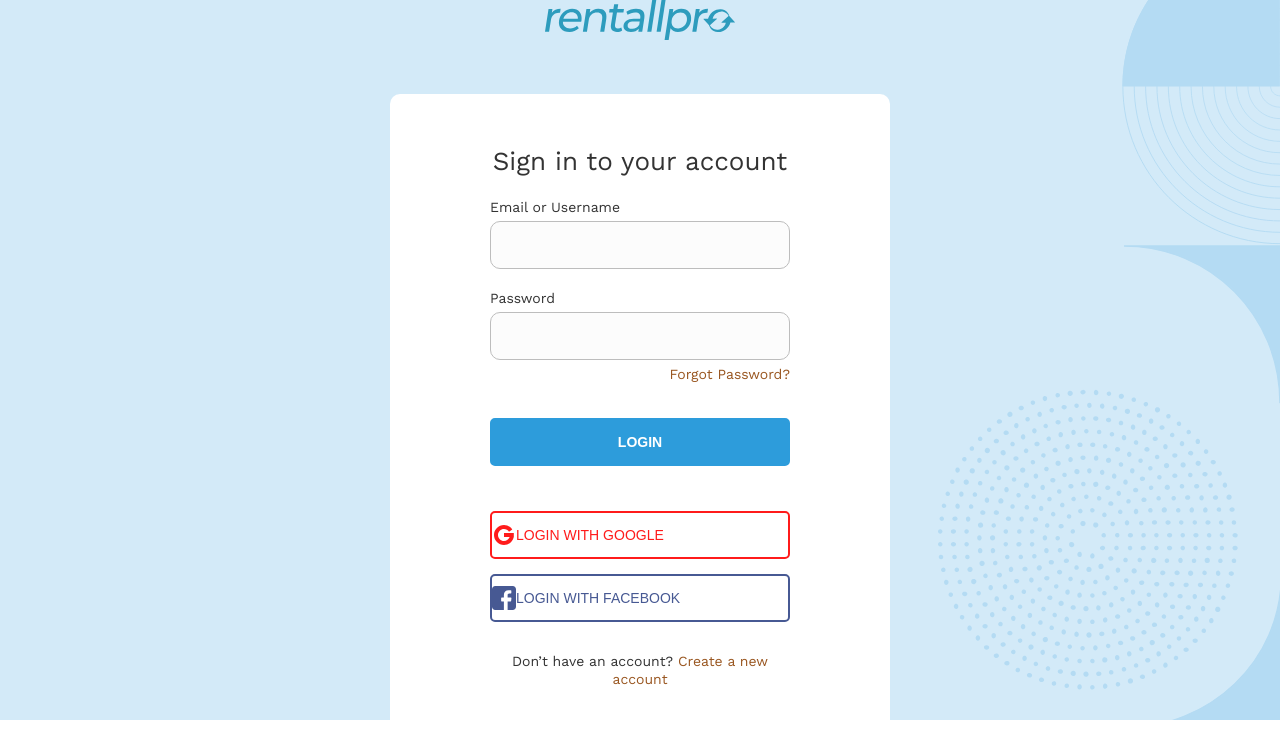
Repository: RentallPro/rentallpro-frontend
Page: /
These files come from the project's save history. The page is drawn as it stood at one moment and after the next save; the edit follows.
The browser window is 1280 px wide. The pictures show the whole page.
The project was rebuilt for these pictures with package versions that can differ from the ones it lists, and the page was loaded fresh each time.

Above is the page before, as saved 2020-12-09 14:20:43.

### public/index.html
<!DOCTYPE html>
<html lang="en">
  <head>
    <meta charset="utf-8">
    <meta http-equiv="X-UA-Compatible" content="IE=edge">
    <meta name="viewport" content="width=device-width,initial-scale=1.0">
    <link rel="icon" href="<%= BASE_URL %>favicon.ico">
    <link href="https://fonts.googleapis.com/css?family=Work+Sans&display=swap" rel="stylesheet">
    <title><%= htmlWebpackPlugin.options.title %></title>
  </head>
  <body>
    <noscript>
      <strong>We're sorry but <%= htmlWebpackPlugin.options.title %> doesn't work properly without JavaScript enabled. Please enable it to continue.</strong>
    </noscript>
    <div id="app"></div>
    <!-- built files will be auto injected -->
  </body>
</html>

### src/App.vue
<template>
  <div id="app">
    <router-view/>
  </div>
</template>

<style lang="scss">
* {
  margin: 0;
  padding: 0;
  box-sizing: border-box;
}
#app {
  font-family: 'Work Sans', sans-serif;
}
</style>

### src/router/index.js
import Vue from 'vue'
import VueRouter from 'vue-router'
import Home from '../views/Home/Home.vue'

Vue.use(VueRouter)

const routes = [
  {
    path: '/',
    name: 'Home',
    component: Home
  },
  {
    path: '/about',
    name: 'About',
    // route level code-splitting
    // this generates a separate chunk (about.[hash].js) for this route
    // which is lazy-loaded when the route is visited.
    component: () => import(/* webpackChunkName: "about" */ '../views/About.vue')
  }
]

const router = new VueRouter({
  mode: 'history',
  base: process.env.BASE_URL,
  routes
})

export default router

### src/views/Home/Home.vue
<template>
  <div class="home">
    <div class="form-container">
      <div class="logo"><img src="@/assets/logo.svg" alt="logo"></div>
      <div class="form-wrapper">
        <h3 class="form-title">Sign in to your account</h3>
        <div class="input">
          <label for="Email">Email or Username</label>
          <input type="text">
        </div>
        <div class="input">
          <label for="password">Password</label>
          <input type="password">
          <p>Forgot Password?</p>
        </div>
        <button class="login-button button">
          LOGIN
        </button>
        <div class="social-buttons">
          <button class="google-button button">
            <svg width="24" height="24" viewBox="0 0 24 24" fill="none" xmlns="http://www.w3.org/2000/svg">
              <path d="M6 12C6 15.3137 8.68629 18 12 18C14.6124 18 16.8349 16.3304 17.6586 14H12V10H21.8047V14H21.8C20.8734 18.5645 16.8379 22 12 22C6.47715 22 2 17.5228 2 12C2 6.47715 6.47715 2 12 2C15.445 2 18.4831 3.742 20.2815 6.39318L17.0039 8.68815C15.9296 7.06812 14.0895 6 12 6C8.68629 6 6 8.68629 6 12Z" fill="#FF1B1B"/>
            </svg>
            <span>LOGIN WITH GOOGLE</span>
          </button>
          <button class="facebook-button button">
            <svg width="24" height="24" viewBox="0 0 24 24" fill="none" xmlns="http://www.w3.org/2000/svg">
              <path d="M20.7657 0H3.23405C1.44797 0 0 1.44791 0 3.23405V20.7658C0 22.552 1.44791 23.9999 3.23405 23.9999H11.8806L11.8953 15.4236H9.66721C9.37765 15.4236 9.14264 15.1895 9.14152 14.8999L9.13084 12.1354C9.12972 11.8443 9.36544 11.6077 9.65659 11.6077H11.8806V8.93651C11.8806 5.83661 13.7739 4.14869 16.5392 4.14869H18.8083C19.0986 4.14869 19.3341 4.38406 19.3341 4.67444V7.00547C19.3341 7.29573 19.0988 7.53104 18.8086 7.53122L17.4161 7.53187C15.9122 7.53187 15.621 8.24648 15.621 9.29522V11.6078H18.9255C19.2404 11.6078 19.4847 11.8827 19.4476 12.1954L19.1199 14.9599C19.0885 15.2244 18.8642 15.4237 18.5978 15.4237H15.6357L15.621 24H20.7658C22.5519 24 23.9998 22.5521 23.9998 20.766V3.23405C23.9998 1.44791 22.5519 0 20.7657 0Z" fill="#475993"/>
            </svg>
            <span>LOGIN WITH FACEBOOK</span>
          </button>
        </div>
        <p class="option">Don’t have an account? <span>Create a new account</span></p>
      </div>
    </div>
  </div>
</template>

<script>
// @ is an alias to /src

export default {
  name: 'Home',
  components: {
  }
}
</script>

<style lang="scss" src="./Home.scss" scoped></style>

### src/views/Home/Home.scss
.home {
    background: #D3EAF8;
    background-image: url(../../assets/Patern.svg);
    background-repeat: no-repeat;
    background-position-y: top;
    background-position-x: right;
    width: 100%;
    height: 100vh;
    .form-container {
        max-width: 500px;
        display: block;
        margin: auto;
        .button {
            height: 48px;
            width: 100%;
            border-radius: 5px;
            font-size: 14px;
            line-height: 18px;
        }
        .logo {
            text-align: center;
        }
        .form-wrapper {
            width: 100%;
            padding: 50px 100px;
            background: #FFFFFF;
            border-radius: 10px;
            margin-top: 50px;
            .form-title {
                font-style: normal;
                font-weight: 500;
                font-size: 26px;
                line-height: 34px;
                color: #333333;
                text-align: center;
            }
            .input {
                display: flex;
                flex-direction: column;
                margin-top: 20px;
                label {
                    font-style: normal;
                    font-weight: normal;
                    font-size: 14px;
                    line-height: 18px;
                    color: #333333;
                }
                input {
                    height: 48px;
                    background: #FCFCFC;
                    border: 1px solid #BDBDBD;
                    border-radius: 10px;
                    margin-top: 5px;
                }
                p {
                    font-weight: normal;
                    font-size: 14px;
                    line-height: 18px;
                    color: #995620;
                    text-align: right;
                    margin-top: 5px;
                }
            }
            .login-button {
                background: #2D9CDB;
                border: 2px solid #2D9CDB;
                font-style: normal;
                font-weight: bold;
                color: #FFFFFF;
                margin-top: 35px;
            }
            .social-buttons {
                margin-top: 45px;
                .google-button {
                    display: flex;
                    align-items: center;
                    color: #FF1B1B;
                    border: 2px solid #FF1B1B;
                    font-weight: 500;
                    background-color: #FFFFFF;
                }
                .facebook-button {
                    display: flex;
                    align-items: center;
                    color: #475993;
                    border: 2px solid #475993;
                    background-color: #FFFFFF;
                    font-weight: 500;
                    margin-top: 15px;
                }
            }
            .option {
                font-style: normal;
                font-weight: normal;
                font-size: 14px;
                line-height: 18px;
                color: #333333;
                text-align: center;
                margin-top: 30px;
                span {
                    color: #995620;
                }
            }
        }
    }
}
@media screen and (max-width: 768px) {
    .home {
        background-image: none;
        height: auto;
        background-color: #FFFFFF;
        .form-container {
            // max-width: 100%;
            padding-top: 75px;
            .logo {
                img {
                    height: 24px;
                }
            }
            .form-wrapper {
                padding: 20px;
            }
        }
    }
}

Loaded but not shown: src/main.js (common file); src/store/index.js (common file)

After the next save:
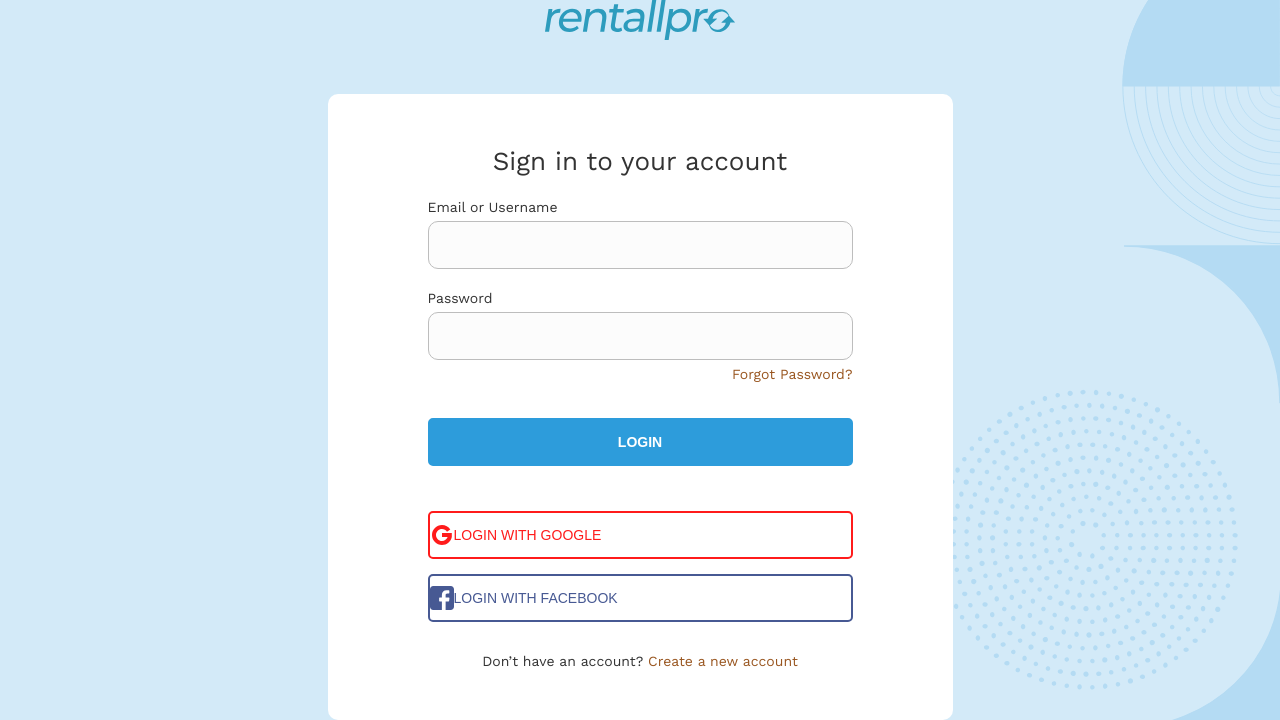
Saved 41 s later.
--- a/src/views/Home/Home.scss
+++ b/src/views/Home/Home.scss
@@ -7,7 +7,7 @@
     width: 100%;
     height: 100vh;
     .form-container {
-        max-width: 500px;
+        max-width: 625px;
         display: block;
         margin: auto;
         .button {
